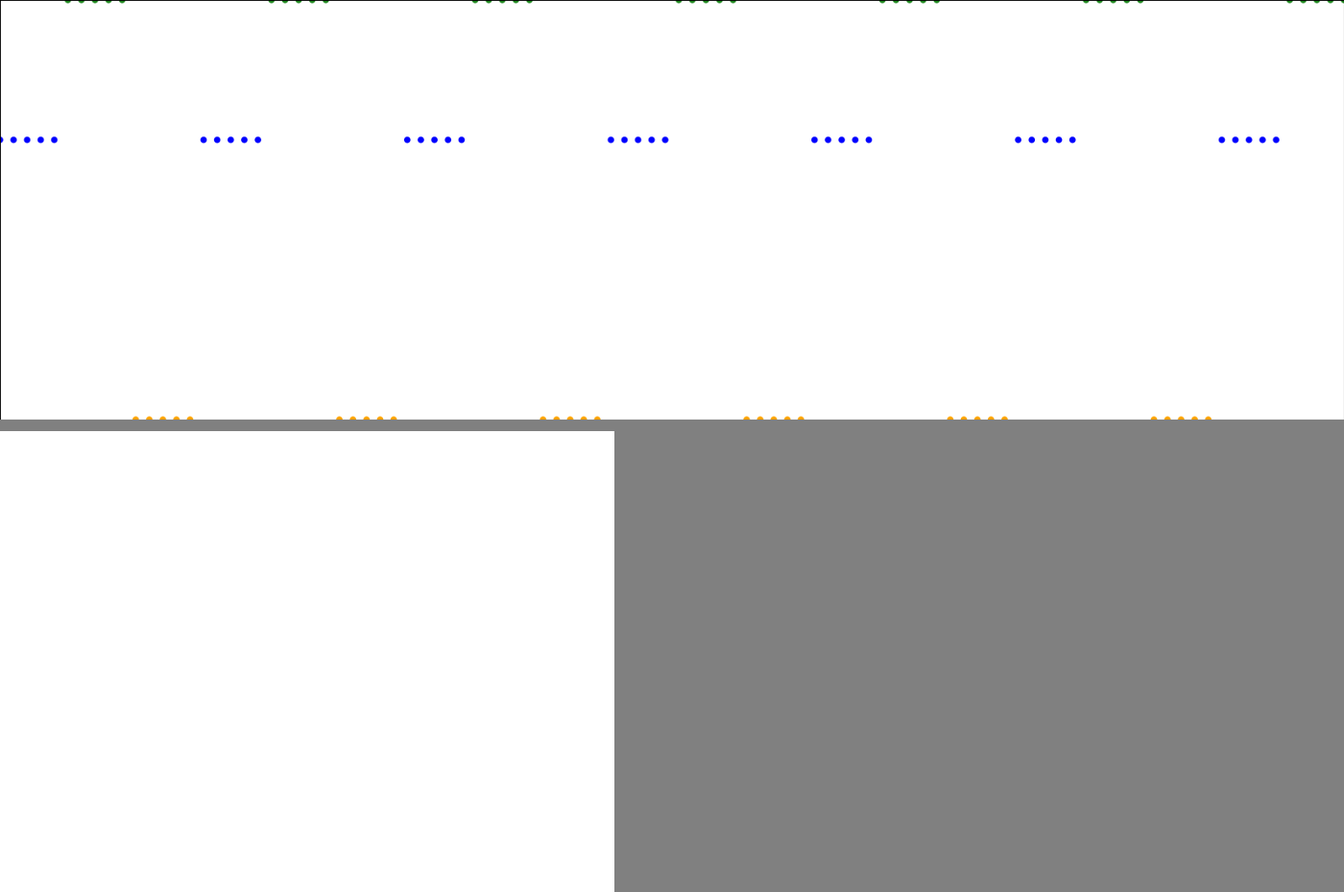
Repository: Carty-Bao/BNPHMM
Script's output: python code/synth.py
An editor plug-in stored every save of this project. The script's output is shown before and after the next save, followed by the edit.
The pictures are shown at 96% of full size.
Each picture stacks the figures in order, with grey between them; figures that are only written to a file come last. Figures wider than 1,400 px are first shrunk to that width. Random numbers start from a fixed seed.

Above is the script's output before, as saved 2022-08-18 10:34:33.

After the next save:
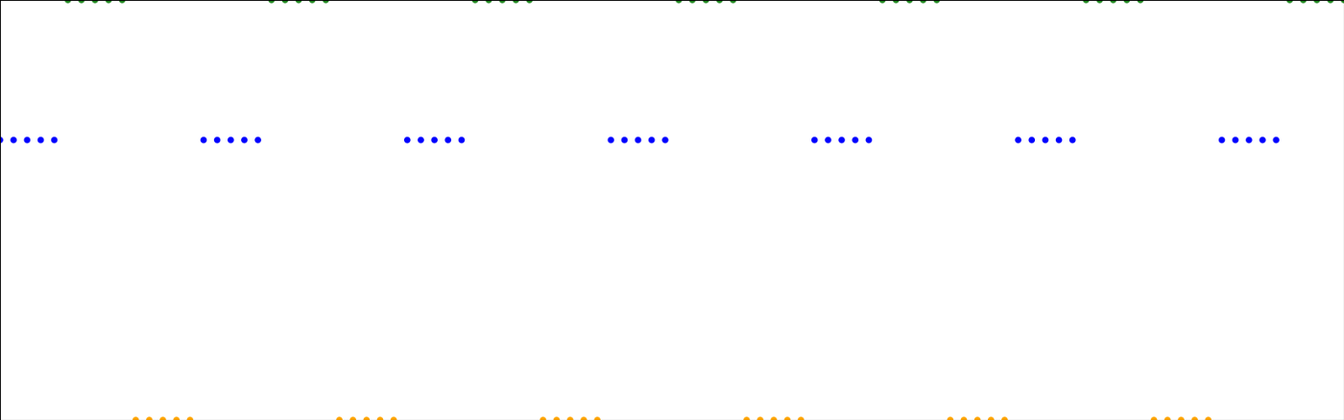
Saved 33 s later.
--- a/code/synth.py
+++ b/code/synth.py
@@ -284,5 +284,6 @@ if __name__=="__main__":
     # plt.plot(Z+120)
     plt.subplots_adjust(top = 1, bottom = 0, right = 1, left = 0, hspace = 0, wspace = 0)
     plt.margins(0,0)
+
+    plt.savefig("genworkmode/dwell_color.png", transparent=True, dpi=300, pad_inches = 0,format='png')
     plt.show()
-    plt.savefig("genworkmode/dwell_color.png", transparent=True, dpi=300, pad_inches = 0,format='png')
